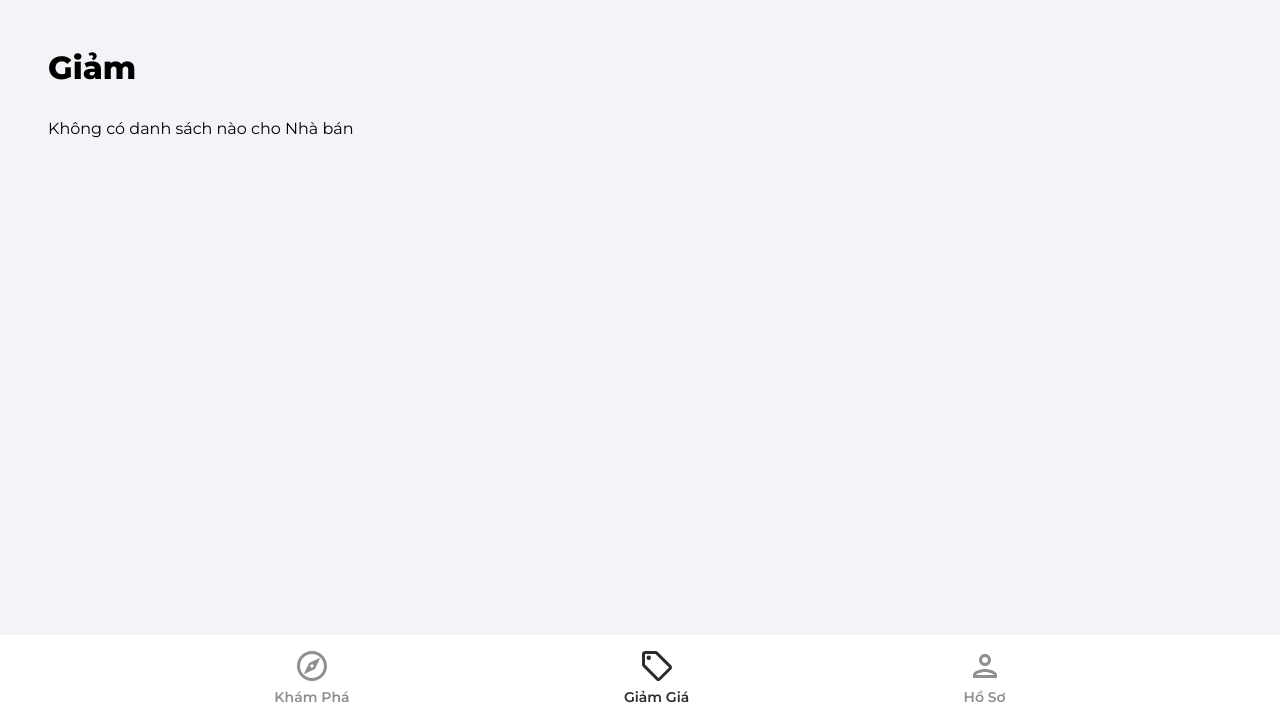
Repository: haokiet2501/house-demo
Page: /offers
The author's editor kept a copy of each file at every save. The page is drawn from the files as they stood at one save, then again after the next save.
The browser window is 1280 px wide. The pictures show the whole page.
The page's requests for data from a server got no answer. The project was rebuilt for these pictures with package versions that can differ from the ones it lists, and the page was loaded fresh each time. No one was signed in, and anything a server would have sent is missing. Also part of the build but not shown: src/pages/Explore.jsx, src/components/ListingItem.jsx, src/pages/Category.jsx, src/pages/Profile.jsx, src/components/OAuth.jsx, src/pages/SignIn.jsx, src/pages/SignUp.jsx, src/pages/ForgotPassword.jsx and 2 more.

Above is the page before, as saved 2022-03-17 18:12:16.

After the next save:
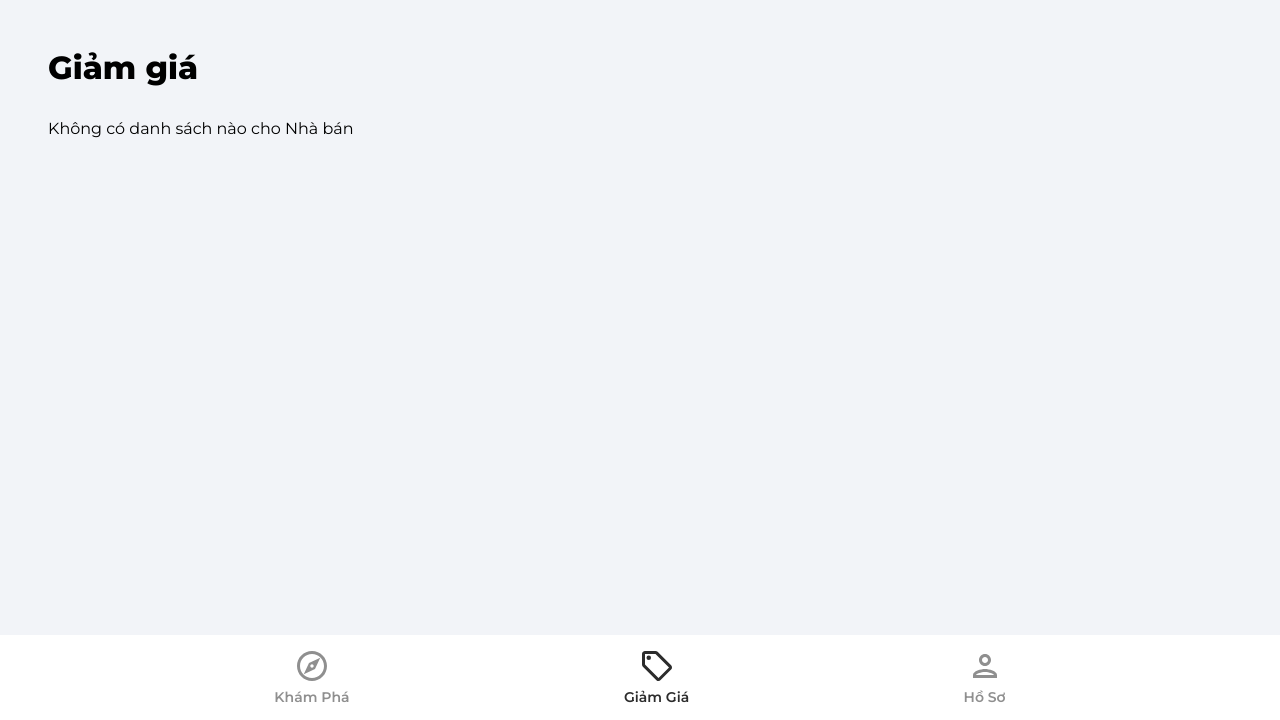
Saved 4 s later.
--- a/src/pages/Offers.jsx
+++ b/src/pages/Offers.jsx
@@ -60,7 +60,7 @@ function Offers() {
         <div className='category'>
             <header>
                 <p className="pageHeader">
-                    Giảm
+                    Giảm giá
                 </p>
             </header>
 
